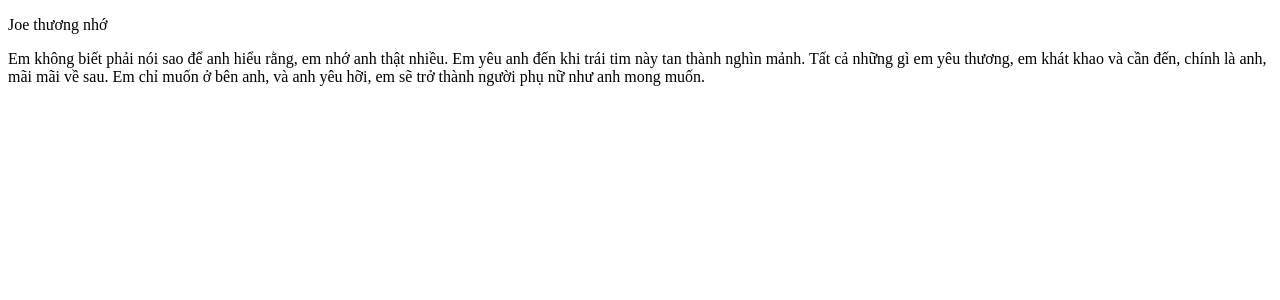
Repository: tungts3qb/BTCodeGym
Page: letter.html
The author's editor kept a copy of each file at every save. The page is drawn from the files as they stood at one save, then again after the next save.
The browser window is 1280 px wide. The pictures show the whole page.

Above is the page before, as saved 2022-12-19 15:49:12.

### letter.html
<!DOCTYPE html>
<html lang="en">
<head>
    <meta charset="UTF-8">
    <meta http-equiv="X-UA-Compatible" content="IE=edge">
    <meta name="viewport" content="width=device-width, initial-scale=1.0">
    <title>[Bài tập] Chương trình in nội dung bức thư</title>
</head>
<body>

    <div>
        <p>Joe thương nhớ</p>
        <p>
            Em không biết phải nói sao để anh hiểu rằng, em nhớ anh thật nhiều. Em yêu anh đến khi trái tim này tan thành nghìn
            mảnh. Tất cả những gì em yêu thương, em khát khao và cần đến, chính là anh, mãi mãi về sau. Em chỉ muốn ở bên anh, và
            anh yêu hỡi, em sẽ trở thành người phụ nữ như anh mong muốn.
        </p>
    </div>
</body>
</html>

After the next save:
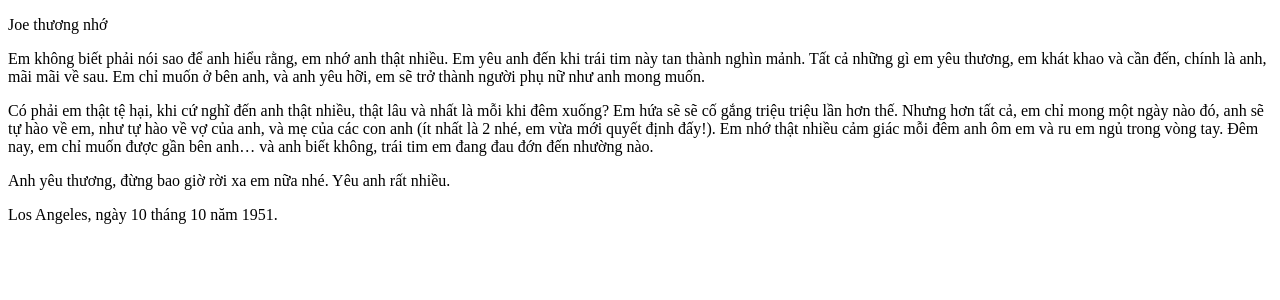
Saved 49 s later.
--- a/letter.html
+++ b/letter.html
@@ -15,6 +15,19 @@
             mảnh. Tất cả những gì em yêu thương, em khát khao và cần đến, chính là anh, mãi mãi về sau. Em chỉ muốn ở bên anh, và
             anh yêu hỡi, em sẽ trở thành người phụ nữ như anh mong muốn.
         </p>
+        <p>
+            Có phải em thật tệ hại, khi cứ nghĩ đến anh thật nhiều, thật lâu và nhất là mỗi khi đêm xuống? Em hứa sẽ sẽ cố gắng
+            triệu triệu lần hơn thế. Nhưng hơn tất cả, em chỉ mong một ngày nào đó, anh sẽ tự hào về em, như tự hào về vợ của anh,
+            và mẹ của các con anh (ít nhất là 2 nhé, em vừa mới quyết định đấy!). Em nhớ thật nhiều cảm giác mỗi đêm anh ôm em và ru
+            em ngủ trong vòng tay. Đêm nay, em chỉ muốn được gần bên anh… và anh biết không, trái tim em đang đau đớn đến nhường
+            nào.
+        </p>
+        <p>
+            Anh yêu thương, đừng bao giờ rời xa em nữa nhé. Yêu anh rất nhiều.
+        </p>
+        <p>
+            Los Angeles, ngày 10 tháng 10 năm 1951.
+        </p>
     </div>
 </body>
 </html>
